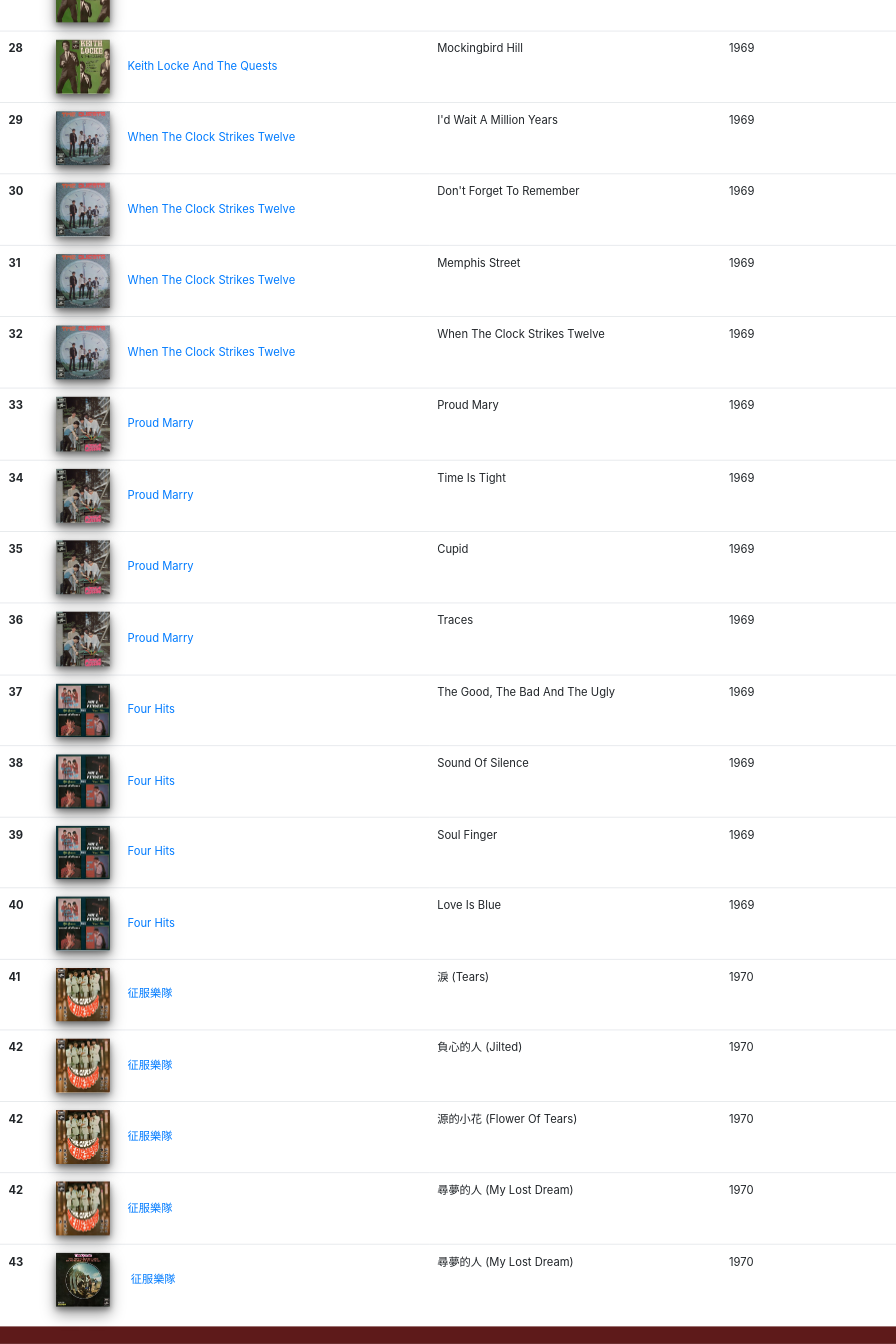
Repository: SamLookingGlass/User-Centric-Frontend-Development-Project
Page: music.html
The author's editor kept a record of every edit. The page is drawn from the files as they stood at one moment, then again after the next edit.
The browser window is 1280 px wide. The pictures show the part of the page from y = 3347 to 5267 px (the page is 5267 px tall), at 70% of full size.
Some web libraries are served in a nearby version.

Above is the page before.

### music.html
<!doctype html>
<html lang="en">

<head>
  <!-- Required meta tags -->
  <meta charset="utf-8">
  <meta name="viewport" content="width=device-width, initial-scale=1, shrink-to-fit=no">

  <!-- Bootstrap CSS -->
  <link rel="stylesheet" href="https://maxcdn.bootstrapcdn.com/bootstrap/4.0.0/css/bootstrap.min.css" integrity="sha384-Gn5384xqQ1aoWXA+058RXPxPg6fy4IWvTNh0E263XmFcJlSAwiGgFAW/dAiS6JXm" crossorigin="anonymous">

  <!-- Google Fonts CSS -->
  <link href="https://fonts.googleapis.com/css?family=Fjalla+One&display=swap" rel="stylesheet">
  <link href="https://fonts.googleapis.com/css?family=Amatic+SC&display=swap" rel="stylesheet">
  <link href="https://fonts.googleapis.com/css?family=Playfair+Display&display=swap" rel="stylesheet">

  <!-- Font Awesoe CSS -->
  <link rel="stylesheet" href="https://cdnjs.cloudflare.com/ajax/libs/font-awesome/4.7.0/css/font-awesome.min.css">

  <!-- Own Stylesheet -->
  <link href="style.css" rel="stylesheet" type="text/css" />

  <title>The Quests Official - Music</title>
</head>

<body id="borderhome">
  <nav class="fontnew" id="navbg">
    <div class="container-fluid">
      <div class="row d-lg-flex">
        <div class="col-5 navnew navleft d-flex justify-content-end">
          <ul class="d-flex">
            <li><a href="home.html">HOME</a></li>
            <li id="active"><a href="music.html">MUSIC</a></li>
            <li><a href="history.html">HISTORY</a></li>
          </ul>
        </div>
        <div class="col-2 d-lg-flex justify-content-center">
          <a class="" href="home.html">
            <img id="navlogo" class="img-fluid" src="images/logo/logo.png" alt="Quests Logo">
          </a>
        </div>
        <div class="col-5 navnew navright d-lg-flex justify-content-start">
          <ul class="d-flex">
            <li><a href="tour.html">TOUR</a></li>
            <li><a href="gallery.html">GALLERY</a></li>
          </ul>
        </div>
      </div>
    </div>
  </nav>
  <main>
    <div id="imagebg">
    </div>
  </main>
  <section>
    <div style="height:420pt" class="container-fluid">
      <div class="row">
        <div class="col-1"></div>
        <div class="col-5 fonttypo-gallery">
          <h2 class="cardbod">
            “Mrs Devan liked both songs and she asked me what my tune was called.
            <br>
            <br> I didn’t have a name, so at the spur of the moment, I said: ‘Call it Shanty’.”
            <br>
            <br>
          </h2>
          <h3>
            <span class="blockheader1">- Henry Chua, Bassist</span>
          </h3>
        </div>
        <div class="col-5 d-flex cardbod-music fonttypo-gallery">
          <div class="row">
            <iframe width="250" height="250" scrolling="no" frameborder="no" allow="autoplay" src="https://w.soundcloud.com/player/?url=https%3A//api.soundcloud.com/tracks/129465381&color=%23ff5500&auto_play=false&hide_related=false&show_comments=false&show_user=false&show_reposts=false&show_teaser=false&visual=true"></iframe>
            <iframe width="250" height="250" scrolling="no" frameborder="no" allow="autoplay" src="https://w.soundcloud.com/player/?url=https%3A//api.soundcloud.com/tracks/264145685&color=%23ff5500&auto_play=false&hide_related=false&show_comments=false&show_user=false&show_reposts=false&show_teaser=false&visual=true"></iframe>
          </div>
          <div class="row">
            <iframe width="250" height="250" scrolling="no" frameborder="no" allow="autoplay" src="https://w.soundcloud.com/player/?url=https%3A//api.soundcloud.com/tracks/2890725&color=%23ff5500&auto_play=false&hide_related=false&show_comments=false&show_user=false&show_reposts=false&show_teaser=false&visual=true"></iframe>
            <iframe width="250" height="250" scrolling="no" frameborder="no" allow="autoplay" src="https://w.soundcloud.com/player/?url=https%3A//api.soundcloud.com/tracks/2890821&color=%23ff5500&auto_play=false&hide_related=false&show_comments=false&show_user=false&show_reposts=false&show_teaser=false&visual=true"></iframe>
          </div>
        </div>
        <div class="col-1"></div>
      </div>
    </div>
  </section>
  <section>
    <table class="table table-hover">
      <thead>
        <tr>
          <th>#</th>
          <th>Album</th>
          <th>Song</th>
          <th>Year Released</th>
        </tr>
      </thead>
      <tbody class="albumclass">
        <tr>
          <th scope="row">1</th>
          <td><a href="http://www.45cat.com/record/chk1009" target="_blank"><img src="images/albums/a1.jpg" alt="Album Cover">The Quests [Singapore]</a></td>
          <td>Shanty</td>
          <td>1964</td>
        </tr>
        <tr>
          <th scope="row">2</th>
          <td><a href="http://www.45cat.com/record/chk1009" target="_blank"><img src="images/albums/a1.jpg" alt="Album Cover">The Quests [Singapore]</a></td>
          <td>Gallopin'</td>
          <td>1964</td>
        </tr>
        <tr>
          <th scope="row">3</th>
          <td><a href="http://www.45cat.com/record/chk1050" target="_blank"><img src="images/albums/a2.jpg" alt="Album Cover">The Quests [Singapore]</a></td>
          <td>Pop Inn Theme (Watch Your Step)</td>
          <td>1965</td>
        </tr>
        <tr>
          <th scope="row">4</th>
          <td><a href="http://www.45cat.com/record/chk1050" target="_blank"><img src="images/albums/a2.jpg" alt="Album Cover">The Quests [Singapore]</a></td>
          <td>Tea Break</td>
          <td>1965</td>
        </tr>
        <tr>
          <th scope="row">5</th>
          <td><a href="http://www.45cat.com/record/chk1051" target="_blank"><img src="images/albums/a3.jpg" alt="Album Cover">Keith Locke And The Quests</a></td>
          <td>Be My Girl</td>
          <td>1965</td>
        </tr>
        <tr>
          <th scope="row">6</th>
          <td><a href="http://www.45cat.com/record/chk1051" target="_blank"><img src="images/albums/a3.jpg" alt="Album Cover">Keith Locke And The Quests</a></td>
          <td>Don't PLay That Song (You Lied)</td>
          <td>1965</td>
        </tr>
        <tr>
          <th scope="row">7</th>
          <td><a href="http://www.45cat.com/record/chk1063" target="_blank"><img src="images/albums/a4.jpg" alt="Album Cover">Wishing You A Merry X'mas</a></td>
          <td>Jingle Bells</td>
          <td>1967</td>
        </tr>
        <tr>
          <th scope="row">8</th>
          <td><a href="http://www.45cat.com/record/chk1063" target="_blank"><img src="images/albums/a4.jpg" alt="Album Cover">Wishing You A Merry X'mas</a></td>
          <td>Santa Claus Is Coming To Town</td>
          <td>1967</td>
        </tr>
        <tr>
          <th scope="row">9</th>
          <td><a href="http://www.45cat.com/record/chk1063" target="_blank"><img src="images/albums/a4.jpg" alt="Album Cover">Wishing You A Merry X'mas</a></td>
          <td>White Christmas</td>
          <td>1967</td>
        </tr>
        <tr>
          <th scope="row">10</th>
          <td><a href="http://www.45cat.com/record/chk1063" target="_blank"><img src="images/albums/a4.jpg" alt="Album Cover">Wishing You A Merry X'mas</a></td>
          <td>We Wish You A Merry Christmas</td>
          <td>1967</td>
        </tr>
        <tr>
          <th scope="row">11</th>
          <td><a href="http://www.45cat.com/record/chk1065" target="_blank"><img src="images/albums/a5.jpg" alt="Album Cover">The Quests [Singapore]</a></td>
          <td>Mr. Rainbow</td>
          <td>1967</td>
        </tr>
        <tr>
          <th scope="row">12</th>
          <td><a href="http://www.45cat.com/record/chk1065" target="_blank"><img src="images/albums/a5.jpg" alt="Album Cover">The Quests [Singapore]</a></td>
          <td>Never Ever</td>
          <td>1967</td>
        </tr>
        <tr>
          <th scope="row">13</th>
          <td><a href="http://www.45cat.com/record/sego70115" target="_blank"><img src="images/albums/a6.jpg" alt="Album Cover">Go-Go Requests</a></td>
          <td>Mustapha</td>
          <td>1967</td>
        </tr>
        <tr>
          <th scope="row">14</th>
          <td><a href="http://www.45cat.com/record/sego70115" target="_blank"><img src="images/albums/a6.jpg" alt="Album Cover">Go-Go Requests</a></td>
          <td>Rose, Rose I Love You</td>
          <td>1967</td>
        </tr>
        <tr>
          <th scope="row">15</th>
          <td><a href="http://www.45cat.com/record/sego70115" target="_blank"><img src="images/albums/a6.jpg" alt="Album Cover">Go-Go Requests</a></td>
          <td>Ding Dong Twist</td>
          <td>1967</td>
        </tr>
        <tr>
          <th scope="row">16</th>
          <td><a href="http://www.45cat.com/record/sego70115" target="_blank"><img src="images/albums/a6.jpg" alt="Album Cover">Go-Go Requests</a></td>
          <td>Nonya Baba A Go Go</td>
          <td>1967</td>
        </tr>
        <tr>
          <th scope="row">17</th>
          <td><a href="http://www.45cat.com/record/echk587" target="_blank"><img src="images/albums/a7.jpg" alt="Album Cover">Instrumentally Yours</a></td>
          <td>The Indian Maid</td>
          <td>1968</td>
        </tr>
        <tr>
          <th scope="row">18</th>
          <td><a href="http://www.45cat.com/record/echk587" target="_blank"><img src="images/albums/a7.jpg" alt="Album Cover">Instrumentally Yours</a></td>
          <td>Return Of Spring</td>
          <td>1968</td>
        </tr>
        <tr>
          <th scope="row">19</th>
          <td><a href="http://www.45cat.com/record/echk587" target="_blank"><img src="images/albums/a7.jpg" alt="Album Cover">Instrumentally Yours</a></td>
          <td>Sayonara</td>
          <td>1968</td>
        </tr>
        <tr>
          <th scope="row">20</th>
          <td><a href="http://www.45cat.com/record/echk587" target="_blank"><img src="images/albums/a7.jpg" alt="Album Cover">Instrumentally Yours</a></td>
          <td>Why Go To The Template</td>
          <td>1968</td>
        </tr>
        <tr>
          <th scope="row">21</th>
          <td><a href="http://www.45cat.com/record/echk612" target="_blank"><img src="images/albums/a8.jpg" alt="Album Cover">Conquests</a></td>
          <td>Jesamine</td>
          <td>1968</td>
        </tr>
        <tr>
          <th scope="row">22</th>
          <td><a href="http://www.45cat.com/record/echk612" target="_blank"><img src="images/albums/a8.jpg" alt="Album Cover">Conquests</a></td>
          <td>What Is Soul</td>
          <td>1968</td>
        </tr>
        <tr>
          <th scope="row">23</th>
          <td><a href="http://www.45cat.com/record/echk612" target="_blank"><img src="images/albums/a8.jpg" alt="Album Cover">Conquests</a></td>
          <td>Sunshine Of Your Love</td>
          <td>1968</td>
        </tr>
        <tr>
          <th scope="row">24</th>
          <td><a href="http://www.45cat.com/record/echk612" target="_blank"><img src="images/albums/a8.jpg" alt="Album Cover">Conquests</a></td>
          <td>Hey Girl</td>
          <td>1968</td>
        </tr>
        <tr>
          <th scope="row">25</th>
          <td><a href="http://www.45cat.com/record/echk634" target="_blank"><img src="images/albums/a9.jpg" alt="Album Cover">Keith Locke And The Quests</a></td>
          <td>Don't Play That Song (You Lied)</td>
          <td>1969 (Re-released)</td>
        </tr>
        <tr>
          <th scope="row">26</th>
          <td><a href="http://www.45cat.com/record/echk634" target="_blank"><img src="images/albums/a9.jpg" alt="Album Cover">Keith Locke And The Quests</a></td>
          <td>Be My Girl</td>
          <td>1969 (Re-released)</td>
        </tr>
        <tr>
          <th scope="row">27</th>
          <td><a href="http://www.45cat.com/record/echk634" target="_blank"><img src="images/albums/a9.jpg" alt="Album Cover">Keith Locke And The Quests</a></td>
          <td>I'm On Top Of The World</td>
          <td>1969</td>
        </tr>
        <tr>
          <th scope="row">28</th>
          <td><a href="http://www.45cat.com/record/echk634" target="_blank"><img src="images/albums/a9.jpg" alt="Album Cover">Keith Locke And The Quests</a></td>
          <td>Mockingbird Hill</td>
          <td>1969</td>
        </tr>
        <tr>
          <th scope="row">29</th>
          <td><a href="https://www.discogs.com/The-Quests-When-The-Clock-Strikes-Twelve/master/1442174" target="_blank"><img src="images/albums/a10.jpg" alt="Album Cover">When The Clock Strikes Twelve</a></td>
          <td>I'd Wait A Million Years</td>
          <td>1969</td>
        </tr>
        <tr>
          <th scope="row">30</th>
          <td><a href="https://www.discogs.com/The-Quests-When-The-Clock-Strikes-Twelve/master/1442174" target="_blank"><img src="images/albums/a10.jpg" alt="Album Cover">When The Clock Strikes Twelve</a></td>
          <td>Don't Forget To Remember</td>
          <td>1969</td>
        </tr>
        <tr>
          <th scope="row">31</th>
          <td><a href="https://www.discogs.com/The-Quests-When-The-Clock-Strikes-Twelve/master/1442174" target="_blank"><img src="images/albums/a10.jpg" alt="Album Cover">When The Clock Strikes Twelve</a></td>
          <td>Memphis Street</td>
          <td>1969</td>
        </tr>
        <tr>
          <th scope="row">32</th>
          <td><a href="https://www.discogs.com/The-Quests-When-The-Clock-Strikes-Twelve/master/1442174" target="_blank"><img src="images/albums/a10.jpg" alt="Album Cover">When The Clock Strikes Twelve</a></td>
          <td>When The Clock Strikes Twelve</td>
          <td>1969</td>
        </tr>
        <tr>
          <th scope="row">33</th>
          <td><a href="https://www.discogs.com/The-Quests-Proud-Mary/master/1442173" target="_blank"><img src="images/albums/a11.jpg" alt="Album Cover">Proud Marry</a></td>
          <td>Proud Mary</td>
          <td>1969</td>
        </tr>
        <tr>
          <th scope="row">34</th>
          <td><a href="https://www.discogs.com/The-Quests-Proud-Mary/master/1442173" target="_blank"><img src="images/albums/a11.jpg" alt="Album Cover">Proud Marry</a></td>
          <td>Time Is Tight </td>
          <td>1969</td>
        </tr>
        <tr>
          <th scope="row">35</th>
          <td><a href="https://www.discogs.com/The-Quests-Proud-Mary/master/1442173" target="_blank"><img src="images/albums/a11.jpg" alt="Album Cover">Proud Marry</a></td>
          <td>Cupid</td>
          <td>1969</td>
        </tr>
        <tr>
          <th scope="row">36</th>
          <td><a href="https://www.discogs.com/The-Quests-Proud-Mary/master/1442173" target="_blank"><img src="images/albums/a11.jpg" alt="Album Cover">Proud Marry</a></td>
          <td>Traces</td>
          <td>1969</td>
        </tr>
        <tr>
          <th scope="row">37</th>
          <td><a href="http://www.45cat.com/record/echk613" target="_blank"><img src="images/albums/a12.jpg" alt="Album Cover">Four Hits</a></td>
          <td>The Good, The Bad And The Ugly</td>
          <td>1969</td>
        </tr>
        <tr>
          <th scope="row">38</th>
          <td><a href="http://www.45cat.com/record/echk613" target="_blank"><img src="images/albums/a12.jpg" alt="Album Cover">Four Hits</a></td>
          <td>Sound Of Silence</td>
          <td>1969</td>
        </tr>
        <tr>
          <th scope="row">39</th>
          <td><a href="http://www.45cat.com/record/echk613" target="_blank"><img src="images/albums/a12.jpg" alt="Album Cover">Four Hits</a></td>
          <td>Soul Finger</td>
          <td>1969</td>
        </tr>
        <tr>
          <th scope="row">40</th>
          <td><a href="http://www.45cat.com/record/echk613" target="_blank"><img src="images/albums/a12.jpg" alt="Album Cover">Four Hits</a></td>
          <td>Love Is Blue</td>
          <td>1969</td>
        </tr>
        <tr>
          <th scope="row">41</th>
          <td><a href="http://www.45cat.com/record/echk644" target="_blank"><img src="images/albums/a13.jpg" alt="Album Cover">征服樂隊</a></td>
          <td>淚 (Tears)</td>
          <td>1970</td>
        </tr>
        <tr>
          <th scope="row">42</th>
          <td><a href="http://www.45cat.com/record/echk644" target="_blank"><img src="images/albums/a13.jpg" alt="Album Cover">征服樂隊</a></td>
          <td>負心的人 (Jilted)</td>
          <td>1970</td>
        </tr>
        <tr>
          <th scope="row">42</th>
          <td><a href="http://www.45cat.com/record/echk644" target="_blank"><img src="images/albums/a13.jpg" alt="Album Cover">征服樂隊</a></td>
          <td>源的小花 (Flower Of Tears)</td>
          <td>1970</td>
        </tr>
        <tr>
          <th scope="row">42</th>
          <td><a href="http://www.45cat.com/record/echk644" target="_blank"><img src="images/albums/a13.jpg" alt="Album Cover">征服樂隊</a></td>
          <td>尋夢的人 (My Lost Dream)</td>
          <td>1970</td>
        </tr>
        <tr>
          <th scope="row">43</th>
          <td><a href="http://www.45cat.com/record/sechk649" target="_blank"><img src="images/albums/a14.jpg" alt="Album Cover">	征服樂隊</a></td>
          <td>尋夢的人 (My Lost Dream)</td>
          <td>1970</td>
        </tr>
      </tbody>
    </table>
  </section>
  <footer class="fixed-bottom fontfooter" id="navbg1">
    <div class="container-fluid">
      <div class="row">
        <div class="col-3">© Designed by Sam Tan </div>
        <div class="col-6 d-lg-flex justify-content-center"></div>
        <div class="col-3">
          <!--<a href=""><i class="fa fa-facebook-square" style="font-size:22px"></i></a>-->
          <a href="https://open.spotify.com/artist/4AOgY5YwQw4d5pgEX3f56A" target="_blank"><i class="fa fa-spotify" style="font-size:22px"></i></a>
          <a href="https://www.youtube.com/user/JoeWuSeattleWaUSA/featured" target="_blank"><i class="fa fa-youtube-play" style="font-size:22px"></i></a>
          <a href="https://soundcloud.com/user-73693220/keith-locke-the-quests-dont-1" target="_blank"><i class="fa fa-soundcloud" style="font-size:22px"></i></a>
          <a href="https://en.wikipedia.org/wiki/The_Quests" target="_blank"><i class="fa fa-wikipedia-w" style="font-size:22px"></i></a>
        </div>
      </div>
    </div>
  </footer>



  <!-- Optional JavaScript -->
  <!-- jQuery first, then Popper.js, then Bootstrap JS -->
  <script src="https://code.jquery.com/jquery-3.2.1.slim.min.js" integrity="sha384-KJ3o2DKtIkvYIK3UENzmM7KCkRr/rE9/Qpg6aAZGJwFDMVNA/GpGFF93hXpG5KkN" crossorigin="anonymous"></script>
  <script src="https://cdnjs.cloudflare.com/ajax/libs/popper.js/1.12.9/umd/popper.min.js" integrity="sha384-ApNbgh9B+Y1QKtv3Rn7W3mgPxhU9K/ScQsAP7hUibX39j7fakFPskvXusvfa0b4Q" crossorigin="anonymous"></script>
  <script src="https://maxcdn.bootstrapcdn.com/bootstrap/4.0.0/js/bootstrap.min.js" integrity="sha384-JZR6Spejh4U02d8jOt6vLEHfe/JQGiRRSQQxSfFWpi1MquVdAyjUar5+76PVCmYl" crossorigin="anonymous"></script>
</body>

</html>

Loaded but not shown: style.css (445 lines, source omitted)

After the next edit:
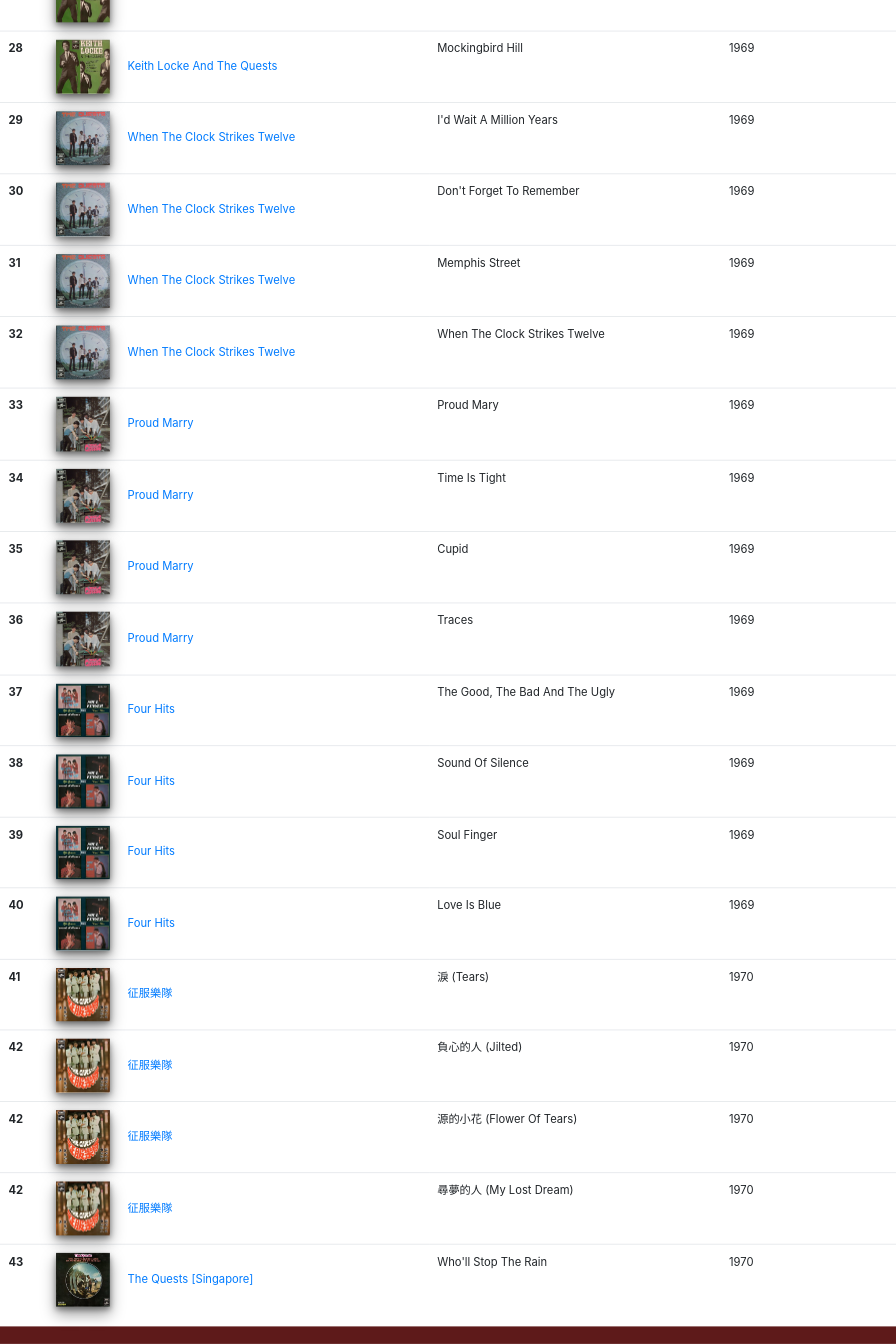
The edit:
--- a/music.html
+++ b/music.html
@@ -359,8 +359,8 @@
         </tr>
         <tr>
           <th scope="row">43</th>
-          <td><a href="http://www.45cat.com/record/sechk649" target="_blank"><img src="images/albums/a14.jpg" alt="Album Cover">	征服樂隊</a></td>
-          <td>尋夢的人 (My Lost Dream)</td>
+          <td><a href="http://www.45cat.com/record/sechk649" target="_blank"><img src="images/albums/a14.jpg" alt="Album Cover">The Quests [Singapore]</a></td>
+          <td>Who'll Stop The Rain</td>
           <td>1970</td>
         </tr>
       </tbody>
